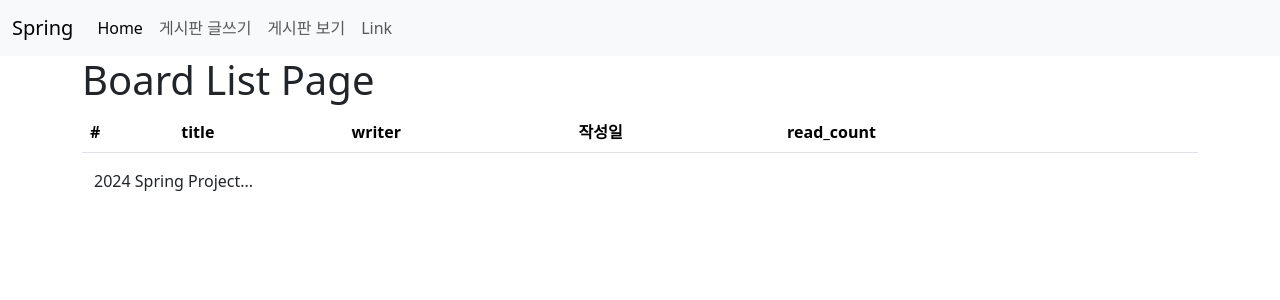
Repository: oco0217/SpringTest2
Page: http://localhost/spring_test2/WEB-INF/views/board/list.jsp
An editor plug-in stored every save of this project. The page is shown before and after the next save, followed by the edit.
The browser window is 1280 px wide. The pictures show the whole page.
The page is served by Tomcat 9. Nobody is signed in. Other server files are loaded and not shown. The template is opened directly, without the code that normally fills it, so the values that code supplies are empty.

Above is the page before, as saved 2024-05-01 08:39:34.

### spring_test2/src/main/webapp/WEB-INF/views/board/list.jsp
<%@ page language="java" contentType="text/html; charset=UTF-8"
	pageEncoding="UTF-8"%>
<%@ taglib uri="http://java.sun.com/jsp/jstl/core" prefix="c"%>

<jsp:include page="../layout/header.jsp" />

<div class="container-md">

	<h1>Board List Page</h1>

	<!-- 검색라인 -->
	<%-- <form class="d-flex" action="/board/list" method="get">
		<div class="input-group mb-3">
			<select name="type" class="form-select form-select-sm"
				aria-label="Small select example">
				<option ${ph.pgvo.type == null ? 'selected' : '' } selected >Open this select menu</option>
				<option ${ph.pgvo.type eq 't' ? 'selected' : '' } value="t">게시글</option>
				<option ${ph.pgvo.type eq 'w' ? 'selected' : '' } value="w">작성자</option>
				<option ${ph.pgvo.type eq 'c' ? 'selected' : '' } value="c">내용</option>
				<option ${ph.pgvo.type eq 'tc' ? 'selected' : '' } value="tc">제목+내용</option>
				<option ${ph.pgvo.type eq 'wc' ? 'selected' : '' } value="wc">작성자+내용</option>
				<option ${ph.pgvo.type eq 'tw' ? 'selected' : '' } value="tw">제목+작성자</option>
				<option ${ph.pgvo.type eq 'twc' ? 'selected' : '' } value="twc">전체</option>
			</select>
			<input name="keyword" type="text" class="form-control"aria-label="Text input with dropdown button" placeholder="search..." value="${ph.pgvo.keyword}">
				<input type="hidden" name="pageNo" value="1" >
				<input type="hidden" name="qty" value="10">
			<button type="submit" class="btn btn-outline-dark position-relative">
				검색 <span
					class="position-absolute top-0 start-100 translate-middle badge rounded-pill bg-danger">
					${ph.totalCount } <span class="visually-hidden">unread messages</span>
				</span>
			</button>
		</div>
	</form> --%>


	<table class="table table-hover">
		<thead>
			<tr>
				<th>#</th>
				<th>title</th>
				<th>writer</th>
				<th>작성일</th>
				<th>read_count</th>
				<th></th>
			</tr>
		</thead>

		<tbody>
			<c:forEach items="${list }" var="li">
				<tr>
					<td>${li.bno }</td>
					<td>
					<a href="/board/detail?bno=${li.bno }">${li.title }
					<c:if test="${li. cmtQty ne 0}">
					<strong style="color: red;">[${li.cmtQty }]</strong>
					</c:if>
					</a></td>
					<td>${li.writer }</td>
					<td>${li.regDate }</td>
					<td>${li.readCount }</td>
					<td>
					<c:if test="${li.hasFile ne 0 }">
					<span class="badge text-bg-info">
					${li.hasFile } Image Upload
					</span>
					</c:if>
					</td>
				</tr>
			</c:forEach>
		</tbody>
	</table>


	<!-- 페이지네이션 -->

<%-- 	<nav aria-label="Page navigation example">
		<ul class="pagination justify-content-center">

		<c:if test="${ph.prev }">
			<li class="page-item"><a class="page-link" href="/board/list?pageNo=${ph.startPage-1 }&qty=${ph.pgvo.qty}&type=${ph.pgvo.type}&keyword=${ph.pgvo.keyword}"
				aria-label="Previous"> <span aria-hidden="true">&laquo;</span></a></li>
		</c:if>


				<c:forEach begin="${ph.startPage }" end="${ph.endPage }" var="i">
			<li class="page-item"><a class="page-link" href="/board/list?pageNo=${i }&qty=${ph.pgvo.qty}&type=${ph.pgvo.type}&keyword=${ph.pgvo.keyword}"> ${i } </a></li>
				</c:forEach>

				<c:if test="${ph.next }">
			<li class="page-item"><a class="page-link" href="/board/list?pageNo=${ph.endPage+1 }&qty=${ph.pgvo.qty}&type=${ph.pgvo.type}&keyword=${ph.pgvo.keyword}"
				aria-label="Next"> <span aria-hidden="true">&raquo;</span>
			</a></li>
				</c:if>
		</ul>
	</nav> --%>


	<jsp:include page="../layout/footer.jsp" />
</div>

### spring_test2/src/main/webapp/WEB-INF/views/layout/header.jsp
<%@ page language="java" contentType="text/html; charset=UTF-8"
    pageEncoding="UTF-8"%>
    <%@ taglib uri="http://java.sun.com/jsp/jstl/core" prefix="c" %>
<!DOCTYPE html>
<html>
<head>
<meta charset="UTF-8">
<title>header.jsp</title>
<link href="https://cdn.jsdelivr.net/npm/bootstrap@5.3.3/dist/css/bootstrap.min.css" rel="stylesheet" integrity="sha384-QWTKZyjpPEjISv5WaRU9OFeRpok6YctnYmDr5pNlyT2bRjXh0JMhjY6hW+ALEwIH" crossorigin="anonymous">
<script src="https://cdn.jsdelivr.net/npm/bootstrap@5.3.3/dist/js/bootstrap.bundle.min.js" integrity="sha384-YvpcrYf0tY3lHB60NNkmXc5s9fDVZLESaAA55NDzOxhy9GkcIdslK1eN7N6jIeHz" crossorigin="anonymous"></script>
</head>
<body>
<nav class="navbar navbar-expand-lg bg-body-tertiary">
  <div class="container-fluid">
    <a class="navbar-brand" href="#">Spring</a>
    <button class="navbar-toggler" type="button" data-bs-toggle="collapse" data-bs-target="#navbarSupportedContent" aria-controls="navbarSupportedContent" aria-expanded="false" aria-label="Toggle navigation">
      <span class="navbar-toggler-icon"></span>
    </button>
    <div class="collapse navbar-collapse" id="navbarSupportedContent">
      <ul class="navbar-nav me-auto mb-2 mb-lg-0">
        <li class="nav-item">
          <a class="nav-link active" aria-current="page" href="/">Home</a>
        </li>
        <li class="nav-item">
          <a class="nav-link" href="/board/register">게시판 글쓰기</a>
        </li>
        <li class="nav-item">
          <a class="nav-link" href="/board/list">게시판 보기</a>
        </li>
<%--         <c:if test="${ses eq null }">
        <li class="nav-item">
          <a class="nav-link" href="/member/register">회원가입</a>
        </li>
        <li class="nav-item">
          <a class="nav-link" href="/member/login">로그인</a>
        </li>
        </c:if>
        <c:if test="${ses ne null }">
        <li class="nav-item">
          <a class="nav-link" href="/member/logout">로그아웃</a>
        </li>
        <li class="nav-item">
          <a class="nav-link" href="/member/modify">${ses.id }(${ses.email }) Welcome!!</a>
        </li>
        </c:if> --%>
        <li class="nav-item">
          <a class="nav-link" href="http://www.google.com" target="_blank" >Link</a>
        </li>
      </ul>
    </div>
  </div>
</nav>

### spring_test2/src/main/webapp/WEB-INF/views/layout/footer.jsp
<%@ page language="java" contentType="text/html; charset=UTF-8"
    pageEncoding="UTF-8"%>

<div class="container-md">
2024 Spring Project...
</div>

</body>
</html>

After the next save:
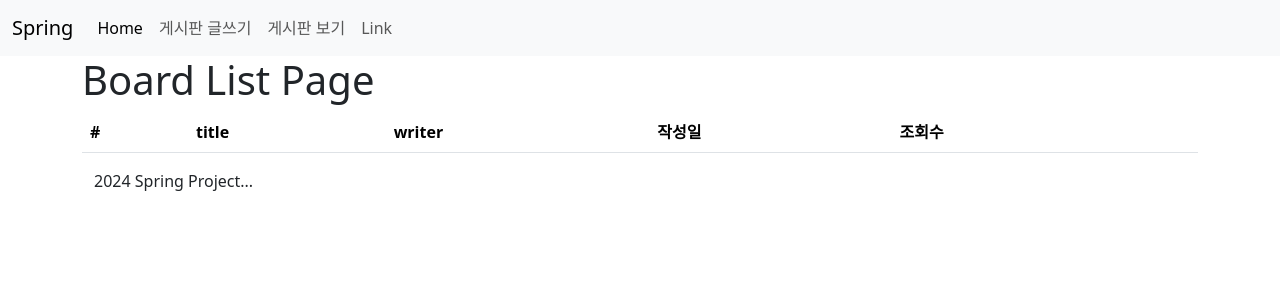
Saved 9 s later.
--- a/spring_test2/src/main/webapp/WEB-INF/views/board/list.jsp
+++ b/spring_test2/src/main/webapp/WEB-INF/views/board/list.jsp
@@ -42,7 +42,7 @@
 				<th>title</th>
 				<th>writer</th>
 				<th>작성일</th>
-				<th>read_count</th>
+				<th>조회수</th>
 				<th></th>
 			</tr>
 		</thead>
